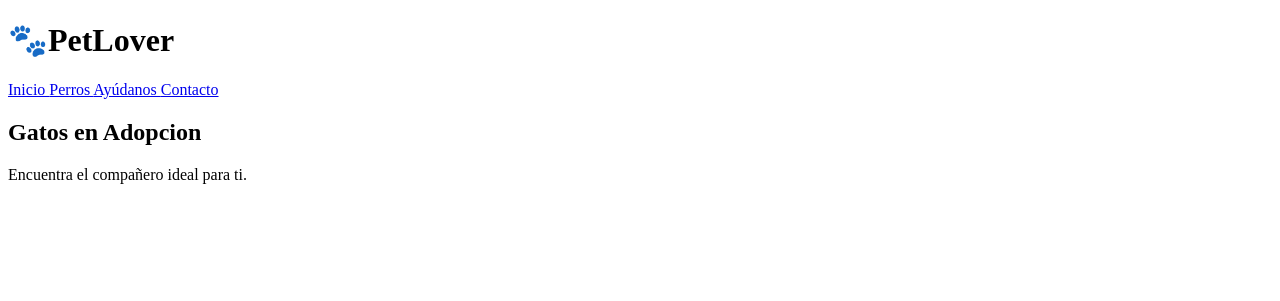
Repository: adriarodrisan/PetLover
Page: Paginas_web/gatos.html
The author's editor kept a copy of each file at every save. The page is drawn from the files as they stood at one save, then again after the next save.
The browser window is 1280 px wide. The pictures show the whole page.

Above is the page before, as saved 2025-03-05 15:24:29.

### Paginas_web/gatos.html
<!DOCTYPE html>
<html lang="en">
<head>
    <meta charset="UTF-8">
    <meta name="viewport" content="width=device-width, initial-scale=1.0">
    <title>Gatos en Adopción - Petlover</title>
    <link rel="stylesheet" href="/Css_Paginas/gatos.css">
</head>
<body>
    <header>
        <div class="logo">
            <h1>🐾PetLover</h1>
        </div>
        <nav>
            <a href="Home_Petlover.html"> Inicio </a>
            <a href="Perros.html"> Perros </a>
            <a href="#ayuda"> Ayúdanos </a>
            <a href="#Contact">Contacto</a>
        </nav>
    </header>
    <section class="hero">
        <h2>Gatos en Adopcion  </h2>
        <p>Encuentra el compañero ideal para ti. </p>
    </section>
</body>
</html>

Loaded but not shown: Css_Paginas/gatos.css (empty)

After the next save:
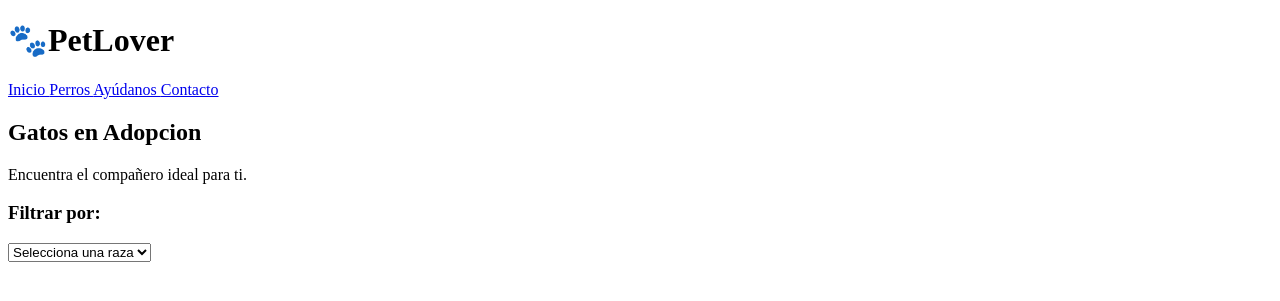
Saved 3 min 28 s later.
--- a/Paginas_web/gatos.html
+++ b/Paginas_web/gatos.html
@@ -22,5 +22,14 @@
         <h2>Gatos en Adopcion  </h2>
         <p>Encuentra el compañero ideal para ti. </p>
     </section>
+    <section class="filters">
+        <h3>Filtrar por: </h3>
+        <select name="raza">
+            <option value="">Selecciona una raza </option>
+            <option value="siames">Siamés</option>
+            <option value="persa">Persa</option>
+            <option value="mainecoon">Maine Coon</option>
+        </select>
+    </section>
 </body>
 </html>
